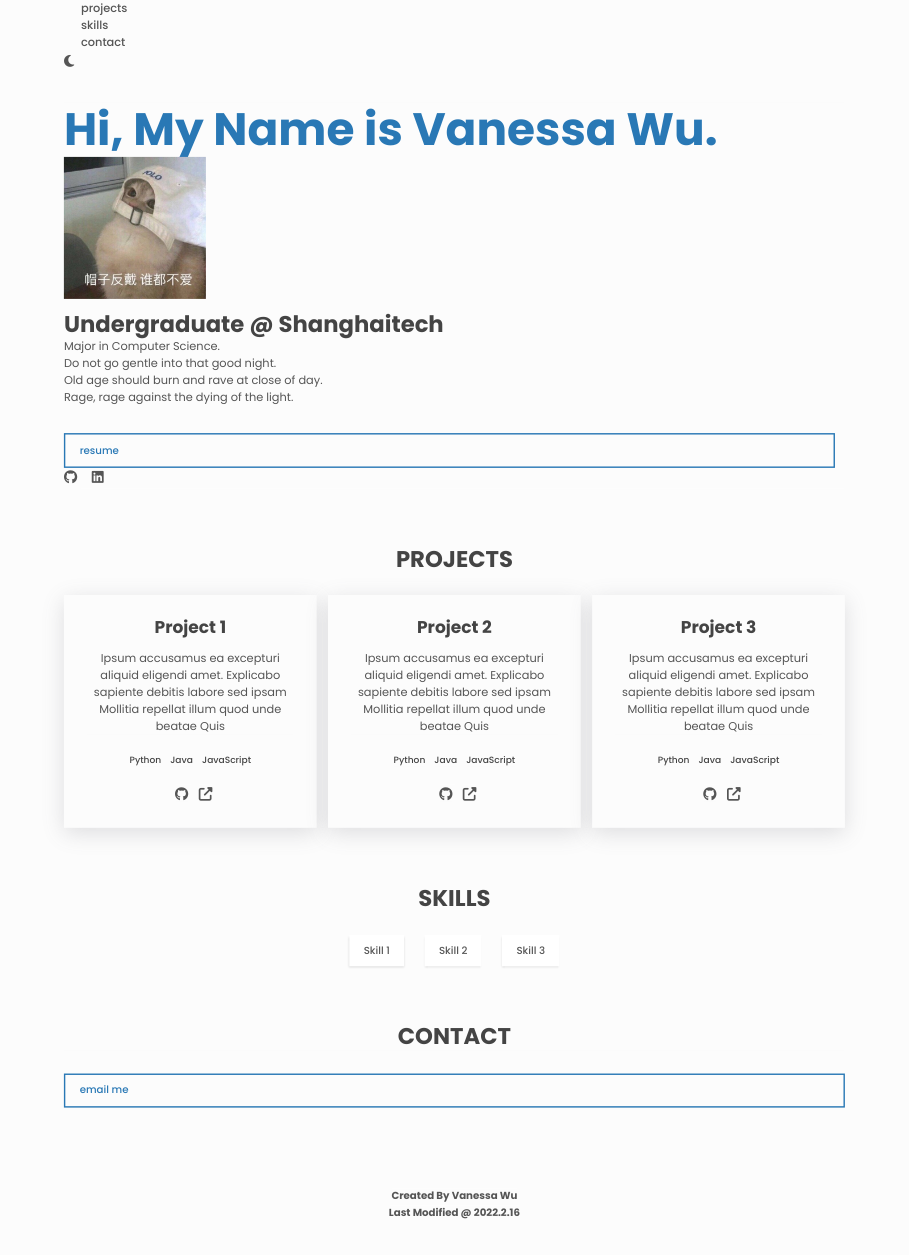
Repository: indiansummer1022/Cubstart
Page: Web Track/hw1/index.html
The author's editor kept a copy of each file at every save. The page is drawn from the files as they stood at one save, then again after the next save.
The browser window is 1280 px wide. The pictures show the whole page, at 71% of full size.
Some web libraries are served in a nearby version.

Above is the page before, as saved 2022-02-16 00:40:11.

### Web Track/hw1/index.html
<!DOCTYPE html>
<html lang="en">

<head>
  <meta charset="UTF-8" />
  <meta name="viewport" content="width=device-width, initial-scale=1" />
  <meta name="description" content="Portfolio" />
  <link rel="preconnect" href="https://fonts.googleapis.com" />
  <link rel="preconnect" href="https://fonts.gstatic.com" crossorigin />
  <link href="https://fonts.googleapis.com/css2?family=Poppins:wght@400;500;700&display=swap" rel="stylesheet" />
  <script src="https://kit.fontawesome.com/fa62c117c7.js" crossorigin="anonymous"></script>
  <!-- BEGIN PART 1 -->
  <link rel="stylesheet" href ="styles.css">
  <title>Vanessa Wu</title>
  <!-- END PART 1 -->
</head>

<body class="light" id="top">
  <header class="header center">
    <!-- BEGIN PART 2 -->
    <h3>
        <a href="/"></a>
    </h3>
    <!-- END PART 2 -->
    <nav class="nav center">
      <ul class="nav__list center">
        <li class="nav__list-item">
          <a class="link link--nav" href="#projects">Projects</a>
        </li>
        <li class="nav__list-item">
          <a class="link link--nav" href="#skills">Skills</a>
        </li>
        <li class="nav__list-item">
          <a class="link link--nav" href="#contact">Contact</a>
        </li>
      </ul>

      <!-- BEGIN PART 5 -->

      <button type="button" aria-label="toggle theme" class="btn btn--icon">
        <i id="btn-theme" class="fas fa-moon"></i>
      </button>

      <!--
        5.1: What does this button tag correspond to on the site?

        Corresponds to the moon icon on top left of the page which to change the light/ dark theme of the website.

      -->

      <button type="button" aria-label="toggle navigation" class="btn btn--icon nav__hamburger">
        <i class="fas fa-bars"></i>
      </button>

      <!--
        5.2: Try Ctrl-F in styles.css and look the class 'nav__hamburger'. You'll notice that it
        appears in 2 places. Why is one of the rules 'display: none' on one instance? How do you
        make it so that this button appears on screen?
        Hint: remember what @media (max-width: 600px) means.

        1. @media (max-width: 600px) is for mobile so hamburger is set to appear on the screen if it is the mobile version.
        The element is hidden if it is the desktop version. [referring: @hannahmcg]
        2. Change 'display: none' to flex so this button will appear.

      -->

      <!-- END PART 5 -->
    </nav>
  </header>

  <main>
    <div class="about center">
      <!-- BEGIN PART 6 -->
      <h1 class="about__name">
        Hi, My Name is Vanessa Wu.
        <img class="about__photo" src="photo.jpg" alt="photo">
      </h1>
      <h2 class="about_role">
        Undergraduate @ Shanghaitech
      </h2>
      <p class="about-desc">
        Major in Computer Science. <br>
        Do not go gentle into that good night. <br>
        Old age should burn and rave at close of day. <br>
        Rage, rage against the dying of the light. <br>
      </p>
      <!-- END PART 6 -->
      <div class="about__contact center">
        <a href="https://example.com">
          <span class="btn btn--outline">Resume</span>
        </a>

        <a href="https://github.com/" aria-label="github" class="link link--icon">
          <i aria-hidden="true" class="fab fa-github"></i>
        </a>

        <a href="https://linkedin.com/in/" aria-label="linkedin" class="link link--icon">
          <i aria-hidden="true" class="fab fa-linkedin"></i>
        </a>
      </div>
    </div>
    <section id="projects" class="section projects">
      <h2 class="section__title">Projects</h2>
      <div class="projects__grid">
        <!-- BEGIN PART 8 -->
        <div class="project">
          <h3>Project 1</h3>
          <p class="project__description">
            Ipsum accusamus ea excepturi aliquid eligendi amet. Explicabo
            sapiente debitis labore sed ipsam Mollitia repellat illum quod
            unde beatae Quis
          </p>
          <ul class="project__stack">
            <li class="project__stack-item">Python</li>
            <li class="project__stack-item">Java</li>
            <li class="project__stack-item">JavaScript</li>
          </ul>

          <a href="https://github.com" aria-label="source code" class="link link--icon">
            <i aria-hidden="true" class="fab fa-github"></i>
          </a>
          <a href="https://example.com" aria-label="live preview" class="link link--icon">
            <i aria-hidden="true" class="fas fa-external-link-alt"></i>
          </a>
        </div>
        <!-- multiple projects -->
        <div class="project">
          <h3>Project 2</h3>
          <p class="project__description">
            Ipsum accusamus ea excepturi aliquid eligendi amet. Explicabo
            sapiente debitis labore sed ipsam Mollitia repellat illum quod
            unde beatae Quis
          </p>
          <ul class="project__stack">
            <li class="project__stack-item">Python</li>
            <li class="project__stack-item">Java</li>
            <li class="project__stack-item">JavaScript</li>
          </ul>

          <a href="https://github.com" aria-label="source code" class="link link--icon">
            <i aria-hidden="true" class="fab fa-github"></i>
          </a>
          <a href="https://example.com" aria-label="live preview" class="link link--icon">
            <i aria-hidden="true" class="fas fa-external-link-alt"></i>
          </a>
        </div>
        <!-- multiple projects -->
        <div class="project">
          <h3>Project 3</h3>
          <p class="project__description">
            Ipsum accusamus ea excepturi aliquid eligendi amet. Explicabo
            sapiente debitis labore sed ipsam Mollitia repellat illum quod
            unde beatae Quis
          </p>
          <ul class="project__stack">
            <li class="project__stack-item">Python</li>
            <li class="project__stack-item">Java</li>
            <li class="project__stack-item">JavaScript</li>
          </ul>

          <a href="https://github.com" aria-label="source code" class="link link--icon">
            <i aria-hidden="true" class="fab fa-github"></i>
          </a>
          <a href="https://example.com" aria-label="live preview" class="link link--icon">
            <i aria-hidden="true" class="fas fa-external-link-alt"></i>
          </a>
        </div>
        <!-- END PART 8 -->
      </div>
    </section>


    <section class="section skills" id="skills">
      <!-- BEGIN PART 10 -->
      <h2 class="section__title">Skills</h2>
      <ul class="skills__list">
        <li class="skills__list-item btn btn--plain">Skill 1</li>
        <li class="skills__list-item btn btn--plain">Skill 2</li>
        <li class="skills__list-item btn btn--plain">Skill 3</li>
      </ul>
      <!-- END PART 10 -->
    </section>
    <section class="section contact center" id="contact">
      <h2 class="section__title">Contact</h2>
      <a href="mailto:youremail@gmail.com">
        <span class="btn btn--outline">Email me</span>
      </a>
    </section>
  </main>

  <footer class="footer">
    <!-- BEGIN PART 12 -->
    <a href="/" class="link footer__link">
      Created By Vanessa Wu<br>
      Last Modified @ 2022.2.16
    </a>
    <!-- END PART 12 -->
  </footer>


  <div class="scroll-container">
    <div class="scroll-top">
      <a aria-label="Scroll up" href="#top">
        <i aria-hidden="true" class="fas fa-arrow-up"></i>
      </a>
    </div>
  </div>
  <script src="./script.js"></script>
</body>

</html>

### Web Track/hw1/styles.css
/*===============
  global styles
===============*/

* {
  padding: 0;
  margin: 0;
  border: 0;
  outline: 0;
  background-color: inherit;
  color: inherit;
  font-family: inherit;
  font-size: inherit;
  box-shadow: none;
  box-sizing: border-box;
}

html {
  scroll-behavior: smooth;
}

body {
  font-family: "Poppins", sans-serif;
  line-height: 1.5;
  color: var(--clr-fg);
  background-color: var(--clr-bg);
}

.light {
  --clr-bg: #fcfcfc;
  --clr-bg-alt: #fff;
  --clr-fg: #555;
  --clr-fg-alt: #444;
  --clr-primary: #2978b5;
  --shadow: rgba(100, 100, 111, 0.2) 0px 7px 29px 0px;
}

.dark {
  --clr-bg: #23283e;
  --clr-bg-alt: #2a2f4c;
  --clr-fg: #bdbddd;
  --clr-fg-alt: #cdcdff;
  --clr-primary: #90a0d9;
  --shadow: rgba(0, 0, 0, 0.16) 0px 10px 36px 0px,
    rgba(0, 0, 0, 0.06) 0px 0px 0px 1px;
}

::-moz-selection {
  background: var(--clr-primary);
  color: var(--clr-bg);
}

::-webkit-selection,
::selection {
  background: var(--clr-primary);
  color: var(--clr-bg);
}

h1,
h2,
h3,
h4 {
  line-height: 1.2;
  color: var(--clr-fg-alt);
}

h1 {
  font-size: 4rem;
}

h2 {
  font-size: 2rem;
}

h3 {
  font-size: 1.5rem;
}

h4 {
  font-size: 1.3rem;
}

ul {
  list-style-type: none;
}

a {
  text-decoration: none;
}

button {
  cursor: pointer;
}

@media (max-width: 900px) {
  h1 {
    font-size: 2.6rem;
  }
}

/*===================
  buttons and links
===================*/

.link {
  color: var(--clr-primary);
  padding: 0 0 0.3em 0;
  position: relative;
}

.link:hover {
  color: var(--clr-primary);
}

/* BEGIN PART 4 */

.link::before {
  content: "";
  display: inline;
  width: 0%;
  height: 0.2em;
  position: absolute;
  bottom: 0;
  background-color: var(--clr-primary);
  /* transition: */
}

.link:hover::before,
.link:focus::before {
  width: 100%;
  transition: property width, duration 5s, timing-function ease-in;
}

/* END PART 4 */

.link--nav {
  color: var(--clr-fg);
  text-transform: lowercase;
  font-weight: 500;
}

.link--icon {
  color: var(--clr-fg);
  font-size: 1.2rem;
}

.btn {
  display: block;
  padding: 0.8em 1.4em;
  font-weight: 500;
  font-size: 0.9rem;
  text-transform: lowercase;
  transition: transform 0.2s ease-in-out;
}

.btn--outline {
  color: var(--clr-primary);
  border: 2px solid var(--clr-primary);
  position: relative;
  overflow: hidden;
  z-index: 1;
}

.btn--outline:focus,
.btn--outline:hover {
  color: var(--clr-bg);
}

.btn--outline:before {
  content: "";
  position: absolute;
  background-color: var(--clr-primary);
  right: 100%;
  bottom: 0;
  left: 0;
  top: 0;
  z-index: -1;
  transition: right 0.2s ease-in-out;
}

.btn--outline:hover::before,
.btn--outline:focus::before {
  right: 0;
}

.btn--plain {
  text-transform: initial;
  background-color: var(--clr-bg-alt);
  box-shadow: rgba(0, 0, 0, 0.15) 0px 3px 3px 0px;
  border: 0;
}

.btn--plain:hover {
  transform: translateY(-4px);
}

.btn--icon {
  padding: 0;
  font-size: 1.2rem;
}

.btn--icon:hover,
.btn--icon:focus {
  color: var(--clr-primary);
}

.btn--icon:active {
  transform: translateY(-5px);
}

/*========
  layout
========*/

/* BEGIN PART 3 */

.center {
  justify-content: center;
  flex-direction: column;
}

.header {
  height: 8em;
  max-width: 1100px;
  width: 95%;
  margin: 0 auto;
  /* justify-content: */
  justify-content: space-around;
}

/* END PART 3 */

main {
  max-width: 1100px;
  width: 95%;
  margin: 0 auto;
}

.section {
  margin-top: 5em;
}

.section__title {
  text-align: center;
  margin-bottom: 1em;
  text-transform: uppercase;
}

.nav__list {
  margin-right: 1.5em;
  display: flex;
}

.nav__list-item {
  margin-left: 1.5em;
}

.nav__hamburger {
  display: none;
  width: 1em;
}

/* BEGIN PART 7 */

.about {
  flex-direction: column;
  margin-top: 1em;
}

/* END PART 7 */

.about__name {
  color: var(--clr-primary);
}

.about__role {
  margin-top: 1.2em;
}

.about__photo{
  width: 200px;

}

.about__desc {
  font-size: 1rem;
  max-width: 600px;
}

.about__desc,
.about__contact {
  margin-top: 2.4em;
}

.about .link--icon {
  margin-right: 0.8em;
}

.about .btn--outline {
  margin-right: 1em;
}

/* BEGIN PART 9 */

.projects__grid {
  max-width: 1100px;
  margin: 0 auto;
  /* display: */
  display: grid;
  /* grid-template-columns: */
  grid-template-columns: repeat(auto-fit, calc(100% / 3 - 1em * 2 / 3));
  /* grid-gap: */
  grid-gap: 1em;
}

/* END PART 9 */

.project {
  padding: 2em;
  margin: 0 auto;
  text-align: center;
  box-shadow: var(--shadow);
  transition: transform 0.2s linear;
}

.project:hover {
  transform: translateY(-7px);
}

.project__description {
  margin-top: 1em;
}

.project__stack {
  display: flex;
  flex-wrap: wrap;
  justify-content: center;
  margin: 1.2em 0;
}

.project__stack-item {
  margin: 0.5em;
  font-weight: 500;
  font-size: 0.8rem;
  color: var(--clr-fg-alt);
}

.project .link--icon {
  margin-left: 0.5em;
}

/* BEGIN PART 11 */

.skills__list {
  max-width: 450px;
  width: 95%;
  margin: 0 auto;
  /* display: */
  display: flex;
  /* flex-wrap: */
  flex-wrap: wrap;
  /* justify-content: */
  justify-content: center;
}

.skills__list-item {
  margin-left: 1em;
  margin-right: 1em;
}

/* END PART 11 */

.contact {
  flex-direction: column;
}

.footer {
  padding: 3em 0;
  margin-top: 4em;
  text-align: center;
}

.footer__link {
  font-size: 0.9rem;
  font-weight: 700;
  color: var(--clr-fg);
}

.scroll-top {
  display: none;
  position: fixed;
  bottom: 1em;
  right: 2em;
  background-color: transparent;
  font-size: 1.8rem;
  transition: transform 0.2s ease-in-out;
}

@media (max-width: 600px) {
  .header {
    height: 6em;
  }

  .section {
    margin-top: 4em;
  }

  .nav__list {
    flex-direction: column;
    padding: 4em 0;
    position: absolute;
    right: 0;
    left: 0;
    top: 5em;
    background-color: var(--clr-bg);
    width: 0;
    overflow: hidden;
    transition: width 0.2s ease-in-out;
  }

  .display-nav-list {
    width: 100%;
  }

  .nav__list-item {
    margin: 0.5em 0;
  }

  .nav__hamburger {
    display: flex;
    margin-left: 0.8em;
  }

  .about {
    align-items: flex-start;
    margin-top: 2em;
  }

  .footer {
    padding: 2em;
    margin-top: 3em;
  }

  .scroll-container {
    display: none;
  }
}

### Web Track/hw1/script.js
const body = document.body

const btnTheme = document.querySelector('.fa-moon')
const btnHamburger = document.querySelector('.fa-bars')

const addThemeClass = (bodyClass, btnClass) => {
  body.classList.add(bodyClass)
  btnTheme.classList.add(btnClass)
}

const getBodyTheme = localStorage.getItem('portfolio-theme')
const getBtnTheme = localStorage.getItem('portfolio-btn-theme')

addThemeClass(getBodyTheme, getBtnTheme)

const isDark = () => body.classList.contains('dark')

const setTheme = (bodyClass, btnClass) => {

	body.classList.remove(localStorage.getItem('portfolio-theme'))
	btnTheme.classList.remove(localStorage.getItem('portfolio-btn-theme'))

  addThemeClass(bodyClass, btnClass)

	localStorage.setItem('portfolio-theme', bodyClass)
	localStorage.setItem('portfolio-btn-theme', btnClass)
}

const toggleTheme = () =>
	isDark() ? setTheme('light', 'fa-moon') : setTheme('dark', 'fa-sun')

btnTheme.addEventListener('click', toggleTheme)

const displayList = () => {
	const navUl = document.querySelector('.nav__list')

	if (btnHamburger.classList.contains('fa-bars')) {
		btnHamburger.classList.remove('fa-bars')
		btnHamburger.classList.add('fa-times')
		navUl.classList.add('display-nav-list')
	} else {
		btnHamburger.classList.remove('fa-times')
		btnHamburger.classList.add('fa-bars')
		navUl.classList.remove('display-nav-list')
	}
}

btnHamburger.addEventListener('click', displayList)

const scrollUp = () => {
	const btnScrollTop = document.querySelector('.scroll-top')

	if (
		body.scrollTop > 500 ||
		document.documentElement.scrollTop > 500
	) {
		btnScrollTop.style.display = 'block'
	} else {
		btnScrollTop.style.display = 'none'
	}
}

document.addEventListener('scroll', scrollUp)

After the next save:
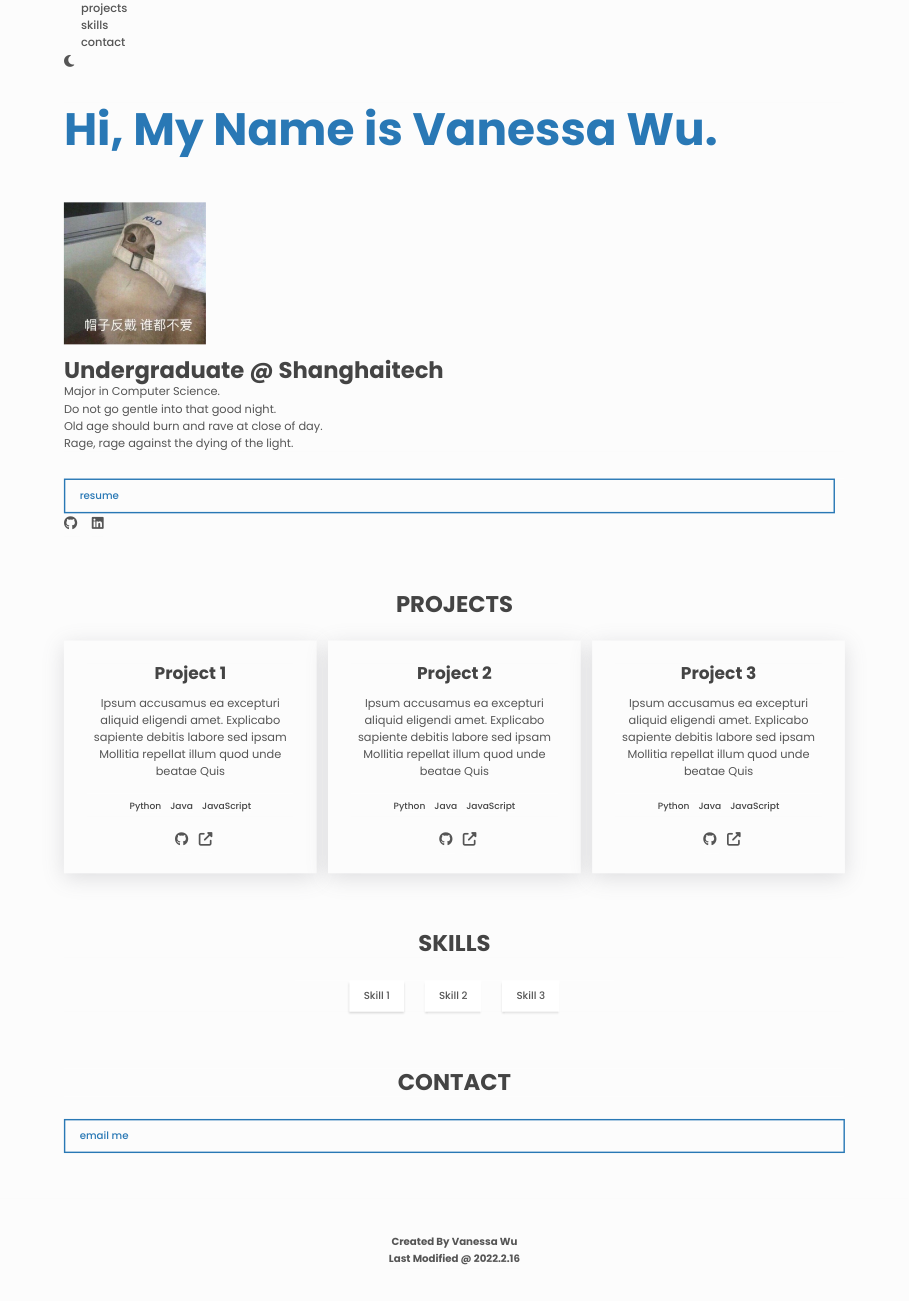
Saved 10 s later.
--- a/Web Track/hw1/styles.css
+++ b/Web Track/hw1/styles.css
@@ -278,6 +278,7 @@ main {
 }
 
 .about__photo{
+  margin-top: 1em;
   width: 200px;
 
 }
